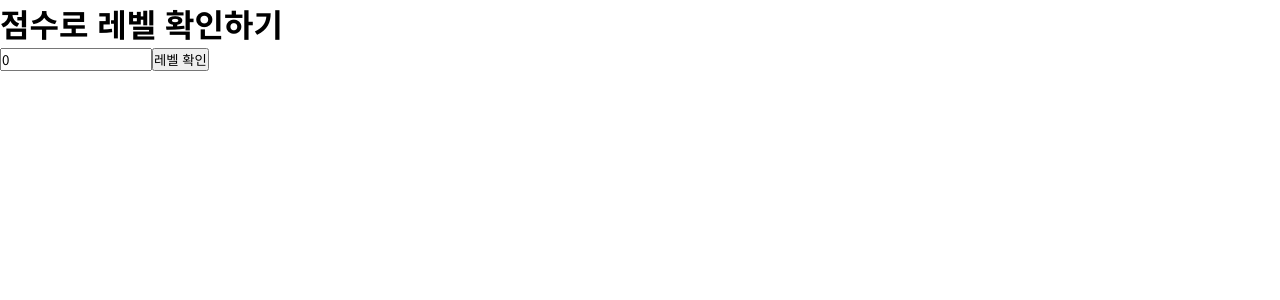
Repository: kmdy7991/Project-TeddyBear
Page: /cefrscore (app in project/)
The author's editor kept a copy of each file at every save. The page is drawn from the files as they stood at one save, then again after the next save.
The browser window is 1280 px wide. The pictures show the whole page.
Some web libraries are served in a nearby version. The project was rebuilt for these pictures with package versions that can differ from the ones it lists, and the page was loaded fresh each time. Also part of the build but not shown: project/src/pages/Login/Login.tsx, project/src/pages/Login/TestGuide.module.css, project/src/pages/Login/TestGuide.tsx, project/src/pages/Login/profil.module.css, project/src/pages/Login/Profil.tsx, project/src/pages/Login/CefrTest.tsx, project/src/components/Nav/Nav.module.css, project/src/components/Nav/Nav.tsx and 37 more.

Above is the page before, as saved 2024-03-25 05:51:36.

### project/public/index.html
<!DOCTYPE html>
<html lang="ko">
  <head>
    <meta charset="utf-8" />
    <link rel="icon" href="%PUBLIC_URL%/favicon.ico" />
    <meta name="viewport" content="width=device-width, initial-scale=1" />
    <style>
      * {
        margin: 0;
        padding: 0;
        font-family: Poppins, "Noto Sans KR", sans-serif;
      }
    </style>
    <link rel="preconnect" href="https://fonts.googleapis.com" />
    <link rel="preconnect" href="https://fonts.gstatic.com" crossorigin />
    <link
      href="https://fonts.googleapis.com/css2?family=Noto+Sans+KR:wght@400;700&display=swap"
      rel="stylesheet"
    />
    <link
      rel="stylesheet"
      type="text/css"
      charset="UTF-8"
      href="https://cdnjs.cloudflare.com/ajax/libs/slick-carousel/1.6.0/slick.min.css"
    />
    <link
      rel="stylesheet"
      type="text/css"
      href="https://cdnjs.cloudflare.com/ajax/libs/slick-carousel/1.6.0/slick-theme.min.css"
    />
    <title>React App</title>
  </head>
  <body>
    <div id="root"></div>
  </body>
</html>

### project/src/index.tsx
import React from "react";
import ReactDOM from "react-dom/client";
import "./index.css";
import App from "./App";

const root = ReactDOM.createRoot(
  document.getElementById("root") as HTMLElement
);
root.render(
  // <React.StrictMode>
  <App />
  // </React.StrictMode>
);

### project/src/App.tsx
import styles from "./App.module.css";
import { QueryClient, QueryClientProvider } from "react-query";
import { ReactQueryDevtools } from "react-query/devtools";
import { BrowserRouter, Routes, Route } from "react-router-dom";
import Login from "./pages/Login/Login";
import Testguide from "./pages/Login/TestGuide";
import Profil from "./pages/Login/Profil";
import CefrTest from "./pages/Login/CefrTest";
import CefrScore from "./pages/Login/CefrScore";
import Main from "./pages/Main/Main";
import MyLecture from "./pages/MyPage/MyLecture/MyLecture";
import Statistics from "./pages/MyPage/Statstics/Statstics";
import MyNote from "./pages/MyPage/MyNote/MyNote";
import Search from "./pages/Search/Search";
import Test from "./pages/Test/Test";
import VocabularyList from "./pages/VocabularyList/VocabularyList";
import MyVocabulary from "./pages/VocabularyList/MyVocabulary";
import ClassVocabulary from "./pages/VocabularyList/ClassVocabulary";
import VideoDetail from "./pages/Video/VideoDetail";
import Nav from "./components/Nav/Nav";
import LandingPage from "./pages/Landing/LandingPage";
function App() {
  const queryClient = new QueryClient();
  return (
    <QueryClientProvider client={queryClient}>
      <BrowserRouter>
        <div className={styles.App}>
          {/* <Nav className={styles.Nav} /> */}
          <Routes>
            <Route path="/login" element={<Login />} />
            <Route path='/testguide' element={<Testguide/>} />
            <Route path="/profil" element={<Profil/>}/>
            <Route path="/cefrtest" element={<CefrTest/>}/>
            <Route path="/cefrscore" element={<CefrScore/>}/>
            <Route path="/" element={<Main />} />
            <Route path="mypage" element={<Statistics />}>
              <Route path="myLecture" element={<MyLecture />} />
              <Route path="myNote" element={<MyNote />} />
            </Route>
            <Route path="search" element={<Search />} />
            <Route path="test" element={<Test />} />
            <Route path="vocalist" element={<VocabularyList />}>
              <Route path="myvoca" element={<MyVocabulary />} />
              <Route path="classvoca" element={<ClassVocabulary />} />
            </Route>
            <Route path="videoDetail" element={<VideoDetail />} />
            <Route path="landing" element={<LandingPage />} />
          </Routes>
        </div>
      </BrowserRouter>
    </QueryClientProvider>
  );
}

export default App;

### project/src/App.module.css
.App {
  /* display: flex; */
  height: 100vh;
}

.Nav {
  /* position: fixed; */
  top: 1rem;
  height: 10%;
}

### project/src/pages/Login/CefrScore.tsx
import React, { useState, ChangeEvent, FormEvent } from 'react';

interface ScorePageProps {
  // 여기에 필요한 props 타입을 정의할 수 있습니다.
}

const ScorePage: React.FC<ScorePageProps> = () => {
  const [score, setScore] = useState<number>(0);
  const [level, setLevel] = useState<string>('');

  const determineLevel = (score: number): string => {
    if (score >= 0 && score <= 10) {
      return 'A0 레벨';
    } else if (score >= 11 && score <= 20) {
      return 'A1 레벨';
    } else if (score >= 21 && score <= 32) {
      return 'A2 레벨';
    } else if (score >= 33 && score <= 45) {
      return 'B1 레벨';
    } else if (score >= 46 && score <= 61) {
      return 'B2 레벨';
    } else if (score >= 62 && score <= 70) {
      return 'C1 레벨';
    } else {
      return '점수 범위를 벗어났습니다';
    }
  };

  const handleScoreChange = (event: ChangeEvent<HTMLInputElement>) => {
    setScore(Number(event.target.value));
  };

  const handleScoreSubmit = (event: FormEvent<HTMLFormElement>) => {
    event.preventDefault();
    const calculatedLevel = determineLevel(score);
    setLevel(calculatedLevel);
  };

  return (
    <div>
      <h1>점수로 레벨 확인하기</h1>
      <form onSubmit={handleScoreSubmit}>
        <input
          type="number"
          value={score.toString()}
          onChange={handleScoreChange}
          placeholder="점수를 입력하세요"
        />
        <button type="submit">레벨 확인</button>
      </form>
      {level && <p>당신의 레벨은 {level}입니다!</p>}
    </div>
  );
}

export default ScorePage;

Loaded but not shown: project/src/index.css (no stored copy; drawn as an empty file)

After the next save:
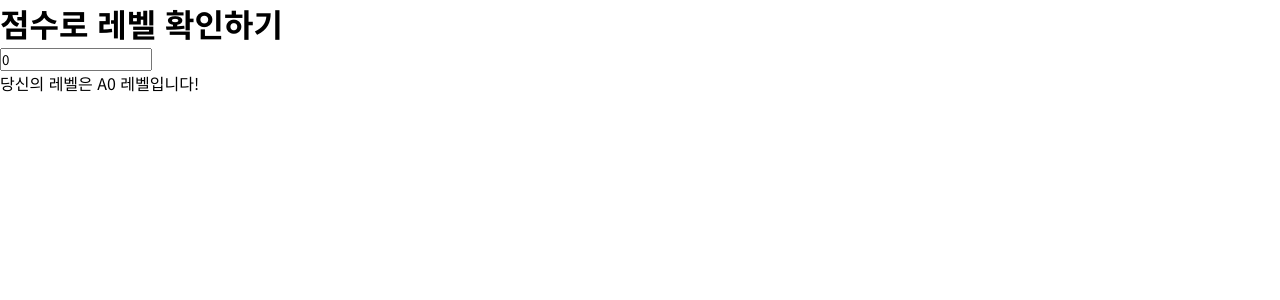
Saved 8 min 2 s later.
--- a/project/src/pages/Login/CefrScore.tsx
+++ b/project/src/pages/Login/CefrScore.tsx
@@ -1,12 +1,17 @@
-import React, { useState, ChangeEvent, FormEvent } from 'react';
+import React, { useState, useEffect } from 'react';
 
 interface ScorePageProps {
   // 여기에 필요한 props 타입을 정의할 수 있습니다.
 }
 
 const ScorePage: React.FC<ScorePageProps> = () => {
-  const [score, setScore] = useState<number>(0);
+  const [score, setScore] = useState<number>(0); // 초기 점수를 설정할 수 있습니다.
   const [level, setLevel] = useState<string>('');
+
+  useEffect(() => {
+    const initialLevel = determineLevel(score);
+    setLevel(initialLevel);
+  }, [score]); // score가 변경될 때마다 레벨을 다시 계산합니다.
 
   const determineLevel = (score: number): string => {
     if (score >= 0 && score <= 10) {
@@ -26,29 +31,20 @@ const ScorePage: React.FC<ScorePageProps> = () => {
     }
   };
 
-  const handleScoreChange = (event: ChangeEvent<HTMLInputElement>) => {
+  const handleScoreChange = (event: React.ChangeEvent<HTMLInputElement>) => {
     setScore(Number(event.target.value));
-  };
-
-  const handleScoreSubmit = (event: FormEvent<HTMLFormElement>) => {
-    event.preventDefault();
-    const calculatedLevel = determineLevel(score);
-    setLevel(calculatedLevel);
   };
 
   return (
     <div>
       <h1>점수로 레벨 확인하기</h1>
-      <form onSubmit={handleScoreSubmit}>
-        <input
-          type="number"
-          value={score.toString()}
-          onChange={handleScoreChange}
-          placeholder="점수를 입력하세요"
-        />
-        <button type="submit">레벨 확인</button>
-      </form>
-      {level && <p>당신의 레벨은 {level}입니다!</p>}
+      <input
+        type="number"
+        value={score.toString()}
+        onChange={handleScoreChange}
+        placeholder="점수를 입력하세요"
+      />
+      <p>당신의 레벨은 {level}입니다!</p>
     </div>
   );
 }
